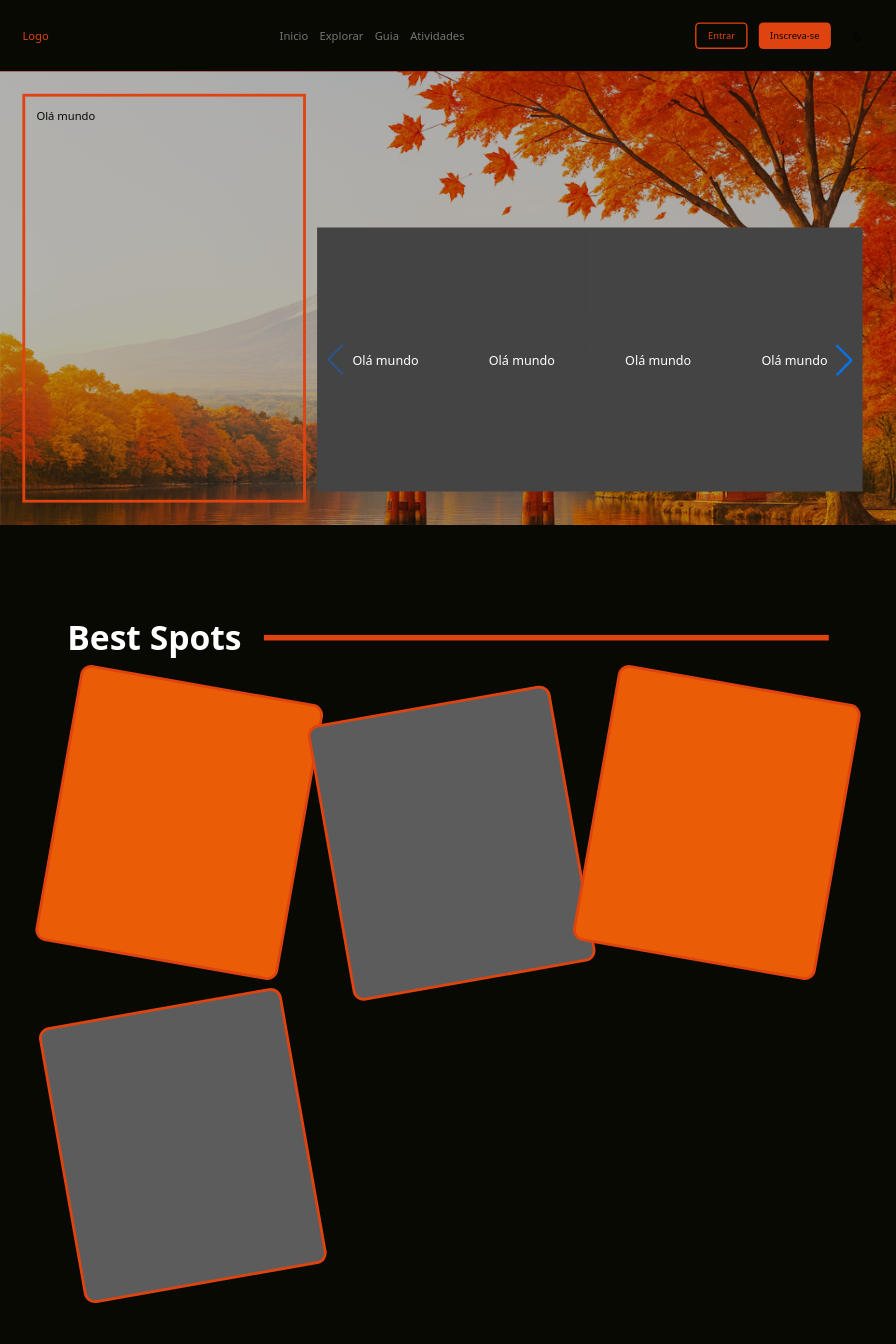
Repository: pedroantoniosi/readleaf--site
Page: /
These files come from the project's save history. The page is drawn as it stood at one moment and after the next save; the edit follows.
The browser window is 1280 px wide. The pictures show the part of the page from y = 0 to 1920 px (the page is 5163 px tall), at 70% of full size.
The project was rebuilt for these pictures with package versions that can differ from the ones it lists, and the page was loaded fresh each time. Also part of the build but not shown: vite.config.ts.

Above is the page before, as saved 2025-11-27 17:47:35.

### index.html
<!doctype html>
<html lang="en" data-theme="dark">

<head>
  <meta charset="UTF-8" />
  <link rel="icon" type="image/svg+xml" href="/vite.svg" />
  <meta name="viewport" content="width=device-width, initial-scale=1.0" />
  <title>Redleaf | Japanese Traveling</title>
  <link rel="stylesheet" href="https://cdn.jsdelivr.net/npm/bootstrap-icons@1.13.1/font/bootstrap-icons.min.css">
</head>

<body>
  <div id="root"></div>
  <script type="module" src="/src/main.tsx"></script>
</body>




</html>

### src/main.tsx
import { StrictMode } from "react";
import { createRoot } from "react-dom/client";
import "./index.css";
import "./reset.css";
import App from "./App.tsx";

createRoot(document.getElementById("root")!).render(
  <StrictMode>
    <App />
  </StrictMode>
);

### src/index.css
:root {
  font-family: system-ui, Avenir, Helvetica, Arial, sans-serif;
  font-weight: 400;
  color-scheme: light dark;
  color: rgba(255, 255, 255, 0.87);
  background-color: var(--light);
  font-synthesis: none;
  text-rendering: optimizeLegibility;
  -webkit-font-smoothing: antialiased;
  -moz-osx-font-smoothing: grayscale;
  --primaryColor: #DF430F;
  --light: #fff;
  --dark: #000;
}

:root[data-theme="dark"] {
  --light: #080903;
  --dark: #fff;

  & .homeContainer {

    & .bannerBackground {
      background-image: url("./assets/banner-dark.png");
    }
  }
}

body {
  background-color: var(--light);
  color: var(--dark);
}

### src/App.tsx
import Home from "./pages/home/home";

function App() {
  return (
    <>
      <Home />
    </>
  );
}

export default App;

### src/pages/home/home.tsx
// import styles from "./Index.module.css";
import Navbar from "../../components/Navbar/Index";
import SwiperNav from "../../components/SliderNavigation/Index";
import styles from "./index.module.css";
import TemplateAuto from "../../components/Template/template-auto";
import TemplateGrid from "../../components/Template/template-grid";
import Container from "../../components/Container/Index";
import Banner from "../../assets/banner.png";
import About from "../../assets/tour.png";
// Hooks
import { useIsMobile } from "../../hooks/useIsMobile";
// Imagens

// import Button from "../../components/Button/Index";

const Home = () => {
  const isMobile = useIsMobile();
  return (
    <>
      <Navbar />
      {/* Lorem ipsum dolor sit amet consectetur, adipisicing elit. Labore, repellat? */}
      <section className={styles.heroContainer}>
        <img className={styles.heroBanner} src={Banner} alt="" />
        <Container className={styles.heroContent}>
          <div className={styles.bbb}>Olá mundo</div>
          <div className={styles.ccc}>
            <SwiperNav sliderNumber={isMobile ? 1.5 : 4}>Olá mundo</SwiperNav>
          </div>
        </Container>
      </section>
      {/* Lorem ipsum dolor sit amet consectetur, adipisicing elit. Labore, repellat? */}

      {/* Lorem ipsum dolor sit amet consectetur, adipisicing elit. Labore, repellat? */}
      <section className={styles.tourContent}>
        <Container>
          <div className={styles.sectionHeader}>
            <h2 className={styles.sectionTitle}>Best Spots</h2>
            <div className={styles.sectionLine}></div>
          </div>
          <TemplateAuto
            mode="auto-fit"
            minWidth="300px"
            minHeight="400px"
            gap="2rem"
          >
            <div className={styles.card}></div>
            <div className={styles.card}></div>
            <div className={styles.card}></div>
            <div className={styles.card}></div>
          </TemplateAuto>
        </Container>
      </section>
      {/* Best Hotels Section */}
      <section>
        <Container>
          <div className={styles.sectionHeader}>
            <h2 className={styles.sectionTitle}>Best Hotels</h2>
            <div className={styles.sectionLine}></div>
          </div>
          <TemplateAuto mode="auto-fit" minWidth="unset" minHeight="600px">
            <SwiperNav sliderNumber={isMobile ? 1 : 4}>Olá mundo</SwiperNav>
          </TemplateAuto>
        </Container>
      </section>
      {/* Top Places Section */}
      <section>
        <Container>
          <div className={styles.sectionHeader}>
            <h2 className={styles.sectionTitle}>Top Places</h2>
            <div className={styles.sectionLine}></div>
          </div>
          <TemplateAuto mode="auto-fit" minWidth="unset" minHeight="600px">
            <SwiperNav sliderNumber={isMobile ? 1.5 : 4}>Olá mundo</SwiperNav>
          </TemplateAuto>
        </Container>
      </section>

      {/* Lorem ipsum dolor sit amet consectetur, adipisicing elit. Labore, repellat? */}
      <section className={styles.packagesContainer}>
        <Container>
          <div className={styles.sectionHeader}>
            <h2 className={styles.sectionTitle}>More Information</h2>
            <div className={styles.sectionLine}></div>
          </div>
          <TemplateGrid columns="10fr 6fr 6fr" gap="2rem">
            <div className={styles.card}></div>
            <div className={styles.card}></div>
            <div className={styles.card}></div>
          </TemplateGrid>
        </Container>
      </section>
      {/* Lorem ipsum dolor sit amet consectetur, adipisicing elit. Labore, repellat? */}
      <section className={styles.aboutContainer}>
        <Container>
          <div className={styles.sectionHeader}>
            <h2 className={styles.sectionTitle}>About The Tour</h2>
            <div className={styles.sectionLine}></div>
          </div>
          <div className="row-md gap-2">
            <div className="flex-1 row align-end">
              <div className={styles.aboutCaption}>
                <p className={styles.text}>
                  Lorem ipsum dolor sit, amet consectetur adipisicing elit.
                  Temporibus illum, repudiandae placeat adipisci sapiente ipsa
                  non consectetur voluptas obcaecati recusandae quis eos
                  aperiam, aliquam fugit distinctio minima, alias saepe omnis.
                </p>
              </div>
            </div>
            <div className={styles.aboutBanner}>
              <img src={About} alt="" />
            </div>
          </div>
        </Container>
      </section>
    </>
  );
};

export default Home;

### src/components/Navbar/Index.tsx
import styles from "./Index.module.css";
import Button from "../Button/Index";
import Container from "../Container/Index";

const Navbar = () => {
  return (
    <>
      <nav className={styles.navbar}>
        <Container className="row gap-1 justify-between align-center">
          <div className="logo">Logo</div>
          <ul className="nav-list row gap-1">
            <li className={styles.navLink}>Inicio</li>
            <li className={styles.navLink}>Explorar</li>
            <li className={styles.navLink}>Guia</li>
            <li className={styles.navLink}>Atividades</li>
          </ul>
          <div className="row gap-1">
            <Button className={styles.buttonRegister} text="Entrar" />
            <Button className={styles.buttonLogin} text="Inscreva-se" />
            <Button className="bi bi-moon" text="" />
          </div>
        </Container>
      </nav>
    </>
  );
};

export default Navbar;

### src/components/SliderNavigation/Index.tsx
import React from "react";

interface swiperProps {
  sliderNumber: number;
  children?: React.ReactNode;
}

// Swiper
import { Swiper, SwiperSlide } from "swiper/react";
import { Navigation } from "swiper/modules";

// Estilos obrigatórios
import "swiper/css";
import "swiper/css/navigation";

import styles from "./index.module.css";

const SwiperNav = ({ sliderNumber, children }: swiperProps) => {
  return (
    <Swiper
      navigation={true}
      modules={[Navigation]}
      className={styles.mySwiper}
      slidesPerView={sliderNumber}
    >
      {Array.from({ length: 9 }).map((_, i) => (
        <SwiperSlide key={i} className={styles.swiperSlider}>
          {children}
        </SwiperSlide>
      ))}
    </Swiper>
  );
};

export default SwiperNav;

### src/pages/home/index.module.css
@import "../../index.css";


/* Default Styles */
.sectionHeader {
    margin: 2rem 0 1rem 0;
    display: flex;
    align-items: center;
    gap: 2rem;
    padding: 1rem;
    width: 100%;
    align-items: stretch;
}

.sectionHeader .sectionTitle {
    font-size: 3rem;
    font-weight: 600;

}

.sectionHeader .sectionLine {
    position: relative;
    flex: 1;


    &::after {
        position: absolute;
        content: ' ';
        width: 100%;
        height: .5rem;
        background-color: var(--primaryColor);
        top: 50%;
        transform: translateY(-50%);
    }
}

/* Home Styles */
.heroContainer {
    position: relative;
    display: grid;
    height: 100svh;

    & img {
        z-index: 1;
        filter: brightness(70%);
    }

    & .heroBanner {
        position: absolute;
        width: 100%;
        height: 100%;
        left: 0;
        bottom: 0;
    }

    & .heroContent {
        padding: 2rem;
        display: flex;
        flex-direction: column;
        overflow: hidden;

        & .bbb {
            padding: 1rem;
            color: var(--light);
            z-index: 2;
        }

        & .ccc {
            padding: 1rem;
            max-height: 70%;
            height: 100%;
            overflow: hidden;
            margin-top: auto;
            background-color: red;
        }
    }
}

.tourContent {
    & .card {
        background-color: red;
    }
}


& .card {
    padding: 1rem;
    border: 4px solid var(--primaryColor);
    border-radius: 1rem;
}


.packagesContainer {
    & .card {
        min-height: 600px;
    }
}

.aboutContainer {
    & .aboutCaption {
        & .text {
            max-width: 600px;
        }
    }
}

:root[data-theme="dark"] {}


@media (min-width: 1024px) {
    .heroContainer {
        position: relative;
        display: grid;
        height: 90svh;

        & .heroBanner {
            position: absolute;
            width: 100%;
            height: 100%;
            left: 0;
            bottom: 0;
        }

        & .heroContent {
            padding: 2rem;
            display: grid;
            grid-template-columns: 6fr 12fr;
            background-color: red;

            & .bbb {
                width: 100%;
                border: 4px solid var(--primaryColor);
                color: var(--light);
            }

            & .ccc {
                max-height: 70%;
                height: 100%;
                overflow: hidden;
                margin-top: auto;
            }
        }
    }

    .tourContent {
        padding: 4rem;


        & .card {
            position: relative;
            padding: 1rem;
            border-radius: 1rem;
        }

        & .card:nth-child(odd) {
            background: #EA5C06;
            transform: rotate(10deg);
        }

        & .card:nth-child(even) {
            background: #5c5c5c;
            transform: rotate(-10deg) translateY(30px);
        }
    }

    .aboutContainer {
        & img {
            max-width: 768px;
        }
    }
}

### src/components/Template/template-auto.tsx
import styles from "./index.module.css";

interface AutoGridProps {
  mode: "auto-fill" | "auto-fit";
  minWidth: string;
  minHeight?: string;
  gap?: string;
  children?: React.ReactNode;
  className?: string;
}

const AutoGrid = ({
  mode,
  minWidth,
  minHeight,
  gap = "1rem",
  children,
  className,
}: AutoGridProps) => {
  return (
    <div
      className={`${styles.grid} ${className || ""}`}
      style={{
        gridTemplateColumns: `repeat(${mode}, minmax(${minWidth}, 1fr))`,
        gridAutoRows: `${minHeight}`,
        gap,
      }}
    >
      {children}
    </div>
  );
};

export default AutoGrid;

### src/components/Template/template-grid.tsx
import styles from "./index.module.css";

interface TemplateProps {
  columns: string;
  rows?: string;
  gap?: string;
  children?: React.ReactNode;
  className?: string; // classes adicionais
}

const Grid = ({ columns, rows, gap = "1rem", children }: TemplateProps) => {
  return (
    <div
      className={styles.grid}
      style={{
        gridTemplateColumns: `${columns}`,
        gridAutoRows: rows,
        gap,
      }}
    >
      {children}
    </div>
  );
};

export default Grid;

### src/components/Container/Index.tsx
import styles from "./Index.module.css";

interface ContainerProps {
  className?: string;
  children?: React.ReactNode;
}

const Container = ({ className, children }: ContainerProps) => {
  return (
    <div
      className={`${styles["container"]} ${className ? className : ""}`.trim()}
    >
      {children}
    </div>
  );
};

export default Container;

### src/hooks/useIsMobile.tsx
// src/hooks/useIsMobile.ts
import { useEffect, useState } from "react";

export function useIsMobile(breakpoint = 768) {
  const [isMobile, setIsMobile] = useState(false);

  useEffect(() => {
    const check = () => setIsMobile(window.innerWidth < breakpoint);
    check();
    window.addEventListener("resize", check);
    return () => window.removeEventListener("resize", check);
  }, [breakpoint]);

  return isMobile;
}

### src/components/Navbar/index.module.css
@import "../../index.css";

.navbar {
    display: flex;
    flex-wrap: wrap;
    padding: 1rem;
    color: var(--primaryColor);
    font-weight: 500;

    & .navLink {
        color: #747474;

        &:nth-of-type(1) {
            color: var(--primaryColor);
        }
    }

    & .buttonRegister {
        border: 2px solid var(--primaryColor);
        color: var(--primaryColor);
    }

    & .buttonLogin {
        background-color: var(--primaryColor);
        color: var(--light);
    }
}


:root[data-theme="dark"] {
    .navLink {
        color: #747474;

        & .buttonLogin {
            color: #fff;
        }
    }

### src/components/Button/Index.tsx
import styles from "./Index.module.css";

interface ButtonProps {
  text: string;
  className?: string; // classes adicionais
}

const Button = ({ text, className }: ButtonProps) => {
  return (
    <button
      className={`${styles["button"]} ${className ? className : ""}`.trim()}
    >
      {text}
    </button>
  );
};

export default Button;

### src/components/SliderNavigation/index.module.css
.mySwiper {
    width: 100%;
    height: 100%;
}

.swiperSlider {
    text-align: center;
    font-size: 18px;
    background: #444;
    display: flex;
    justify-content: center;
    align-items: center;
}

### src/components/Template/index.module.css
.grid {
    display: grid;
    width: 100%;
}

@media (max-width: 768px) {
    .grid {
        grid-template-columns: 1fr !important;
    }
}

### src/components/Container/index.module.css
@import "../../index.css";

.container {
    padding: 1rem;
    width: 100%;
    margin: 0 auto;
    max-width: 1660px;
}

### src/components/Button/index.module.css
.button {
    width: fit-content;
    padding: .5rem 1rem;
    border-radius: .4rem;
}

Loaded but not shown: src/reset.css (813 lines, source omitted)

After the next save:
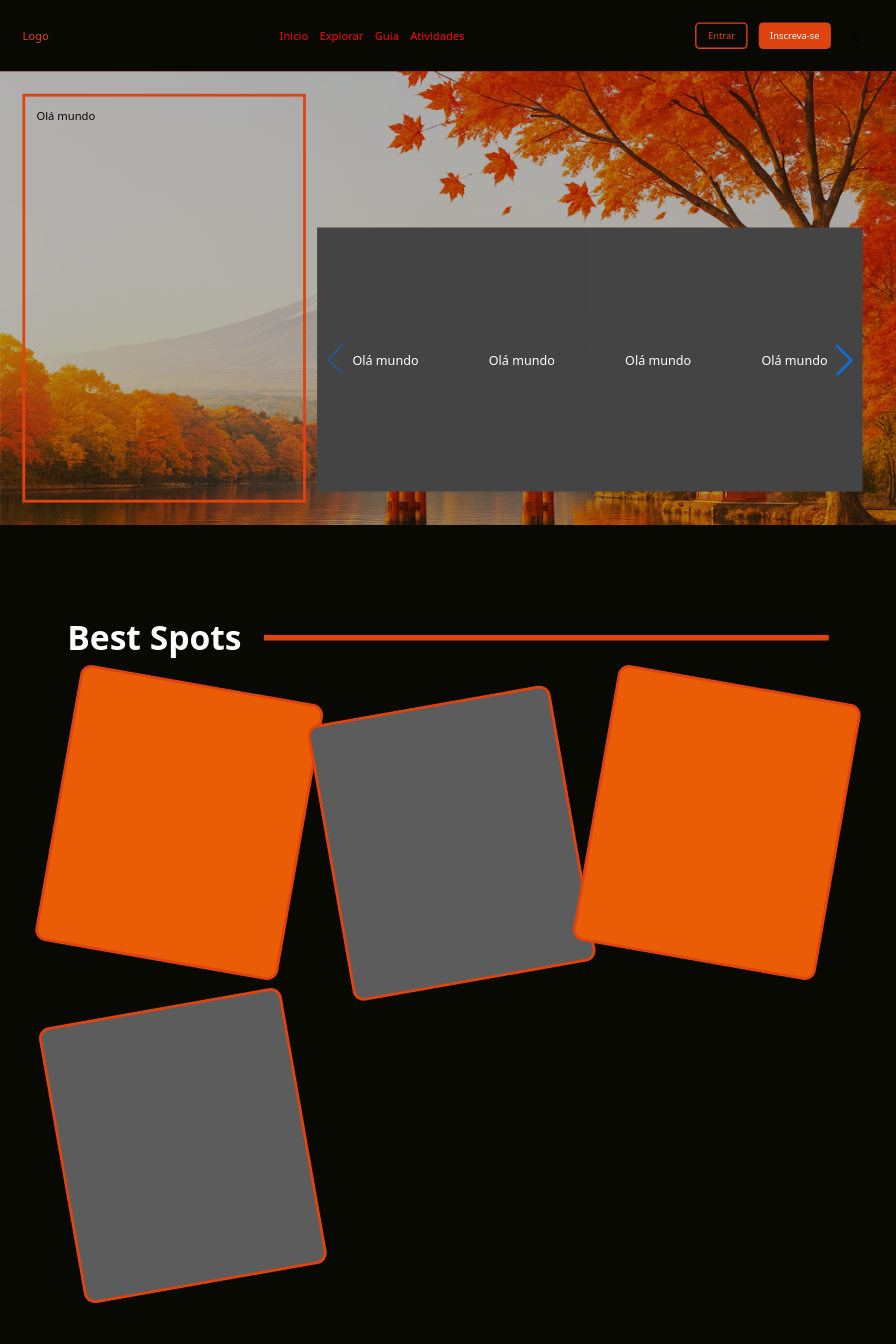
Saved 13 s later.
--- a/src/components/Navbar/index.module.css
+++ b/src/components/Navbar/index.module.css
@@ -29,9 +29,10 @@
 
 :root[data-theme="dark"] {
     .navLink {
-        color: #747474;
+        color: #ff0000;
+    }
 
-        & .buttonLogin {
-            color: #fff;
-        }
+    & .buttonLogin {
+        color: #fff;
     }
+}
